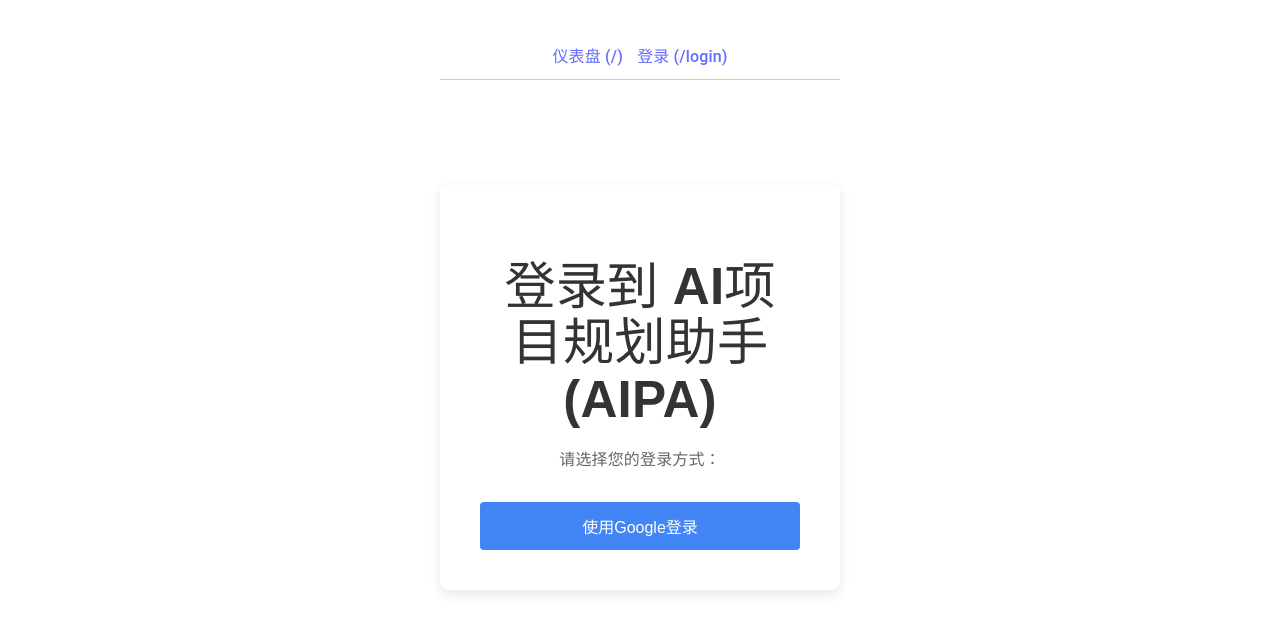
Repository: deloog/aipa
Page: /login
The author's editor kept a copy of each file at every save. The page is drawn from the files as they stood at one save, then again after the next save.
The browser window is 1280 px wide. The pictures show the whole page.
The project was rebuilt for these pictures with package versions that can differ from the ones it lists, and the page was loaded fresh each time. Also part of the build but not shown: vite.config.ts.

Above is the page before, as saved 2025-05-26 16:28:35.

### src/main.tsx
import React from 'react';
import ReactDOM from 'react-dom/client';
import App from './App.tsx';
import './index.css'; // Vite模板中可能有的全局CSS，可以保留

import { ThemeProvider, createTheme } from '@mui/material/styles'; // 1. 导入MUI主题相关组件
import CssBaseline from '@mui/material/CssBaseline'; // 2. 导入CssBaseline

// 3. 创建一个基础的MUI主题实例 (我们暂时使用默认主题)
// 未来您可以根据需要在这里深度定制主题 (颜色、字体、间距等)
const theme = createTheme({
  // 例如，您可以定义调色板:
  // palette: {
  //   primary: {
  //     main: '#1976d2', // 这是一个示例主色调
  //   },
  //   secondary: {
  //     main: '#dc004e', // 这是一个示例次要色调
  //   },
  // },
});

ReactDOM.createRoot(document.getElementById('root')!).render(
  <React.StrictMode>
    <ThemeProvider theme={theme}> {/* 4. 使用ThemeProvider包裹App组件，并传入主题 */}
      <CssBaseline /> {/* 5. 添加CssBaseline以应用基础样式重置和MUI默认背景等 */}
      <App />
    </ThemeProvider>
  </React.StrictMode>,
);

### src/App.tsx
import { BrowserRouter, Routes, Route, Link } from 'react-router-dom';
import './App.css'; // Vite模板中可能有的默认CSS，可以暂时保留或按需修改
import LoginPage from './pages/LoginPage';

// 1. 创建临时的占位符组件 (我们后续会用真实的页面组件替换它们)

function DashboardPagePlaceholder() {
  return (
    <div>
      <h1>AIPA 仪表盘 (占位符)</h1>
      <p>欢迎使用AI项目规划助手！</p>
      <p>登录成功后，用户将看到此页面或类似的管理界面。</p>
    </div>
  );
}

// 2. 修改App组件以包含路由配置
function App() {
  return (
    <BrowserRouter>
      <div>
        <nav style={{ marginBottom: '20px', borderBottom: '1px solid #ccc', paddingBottom: '10px' }}>
          <Link to="/" style={{ marginRight: '10px' }}>仪表盘 (/) </Link>
          <Link to="/login">登录 (/login)</Link>
        </nav>

        <Routes>
          {/* 2. 更新 login 路由的 element */}
          <Route path="/login" element={<LoginPage />} />
          <Route path="/" element={<DashboardPagePlaceholder />} />
        </Routes>
      </div>
    </BrowserRouter>
  );
}

export default App;

### src/pages/LoginPage.tsx
// src/pages/LoginPage.tsx
import React from 'react';
import './LoginPage.css'; // 我们将为此页面创建一个CSS文件

const LoginPage: React.FC = () => {
    const handleGoogleLogin = () => {
  // 1. 从环境变量中获取Google Client ID (由Vite提供给客户端代码)
  const googleClientId = import.meta.env.VITE_GOOGLE_CLIENT_ID;

  // 2. 定义我们后端处理Google回调的URI
  const redirectUri = 'http://localhost:3001/api/v1/auth/google/callback';

  // 3. Google OAuth 2.0 授权端点
  const oauth2Endpoint = 'https://accounts.google.com/o/oauth2/v2/auth';

  // 4. 定义URL参数
  const params = {
    client_id: googleClientId,
    redirect_uri: redirectUri,
    response_type: 'code',
    scope: 'openid email profile',
    access_type: 'offline',
    prompt: 'consent',
  };

  // 5. 将参数对象转换为URL查询字符串
  const queryString = new URLSearchParams(params).toString();

  // 6. 构造完整的授权URL (确保 oauth2Endpoint 和 queryString 在这里被正确使用)
  const googleAuthUrl = `${oauth2Endpoint}?${queryString}`;

  // 7. 执行重定向到Google的授权页面
  window.location.href = googleAuthUrl;
};
  return (
    <div className="login-page-container">
      <div className="login-form">
        <h1>登录到 AI项目规划助手 (AIPA)</h1>
        <p>请选择您的登录方式：</p>
        <button className="google-login-button" onClick={handleGoogleLogin}>
          {/* 您可以找一个Google的SVG图标放在这里 */}
          使用Google登录
        </button>
        {/* 未来可以在这里添加其他登录方式，例如：
        <button className="other-login-button">使用GitHub登录</button>
        */}
      </div>
    </div>
  );
};

export default LoginPage;

### src/pages/LoginPage.css
/* src/pages/LoginPage.css */
.login-page-container {
    display: flex;
    justify-content: center;
    align-items: center;
    min-height: 80vh; /* 使其至少占据大部分视口高度 */
    text-align: center;
    font-family: sans-serif;
  }

  .login-form {
    padding: 40px;
    border-radius: 8px;
    box-shadow: 0 4px 12px rgba(0, 0, 0, 0.1);
    background-color: #fff;
    width: 100%;
    max-width: 400px; /* 限制表单最大宽度 */
  }

  .login-form h1 {
    margin-bottom: 20px;
    color: #333;
  }

  .login-form p {
    margin-bottom: 30px;
    color: #666;
  }

  .google-login-button {
    background-color: #4285F4; /* Google Blue */
    color: white;
    border: none;
    padding: 12px 24px;
    font-size: 16px;
    border-radius: 4px;
    cursor: pointer;
    transition: background-color 0.3s ease;
    display: flex;
    align-items: center;
    justify-content: center;
    width: 100%; /* 使按钮占据表单宽度 */
    box-sizing: border-box;
  }

  .google-login-button:hover {
    background-color: #357ae8;
  }

  /* 如果您添加了Google图标，可能需要调整样式 */
  .google-login-button svg {
    margin-right: 8px;
  }

Loaded but not shown: index.html (common file); src/index.css (common file); src/App.css (common file)

After the next save:
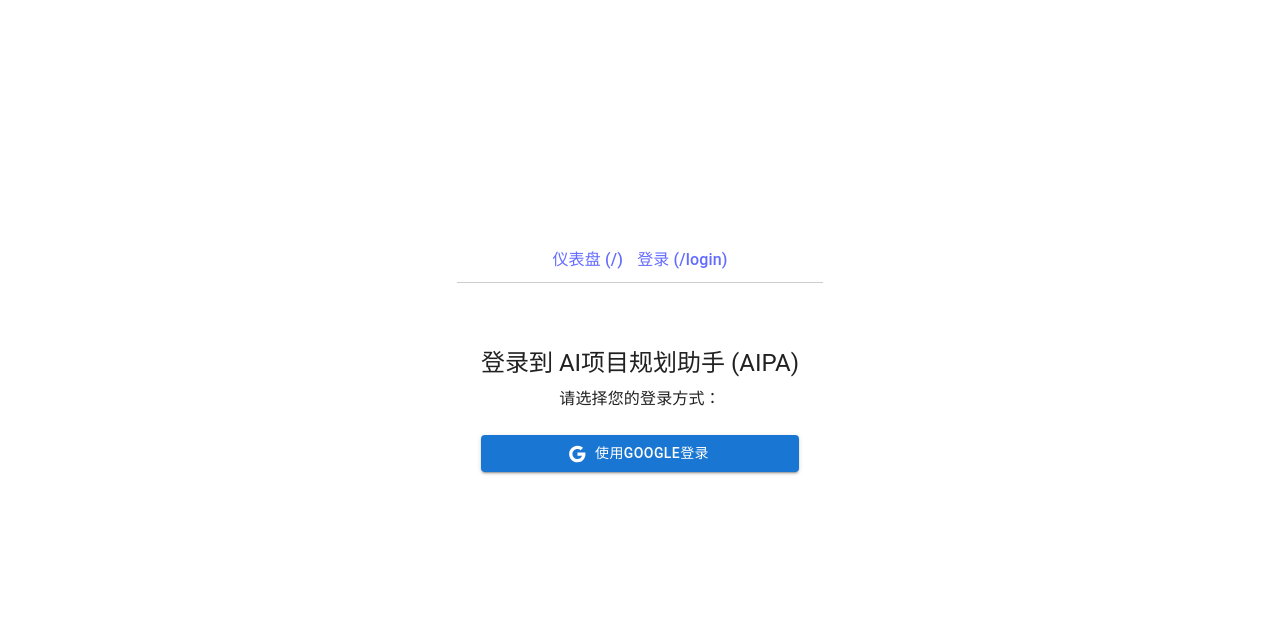
Saved 4 min 52 s later.
--- a/src/pages/LoginPage.tsx
+++ b/src/pages/LoginPage.tsx
@@ -1,51 +1,76 @@
-// src/pages/LoginPage.tsx
 import React from 'react';
-import './LoginPage.css'; // 我们将为此页面创建一个CSS文件
+import Container from '@mui/material/Container';
+import Box from '@mui/material/Box';
+import Typography from '@mui/material/Typography';
+import Button from '@mui/material/Button';
+import GoogleIcon from '@mui/icons-material/Google'; // 引入Google图标
+
+// import './LoginPage.css'; // 1. 我们不再需要自定义的CSS文件，可以注释或删除这行
 
 const LoginPage: React.FC = () => {
-    const handleGoogleLogin = () => {
-  // 1. 从环境变量中获取Google Client ID (由Vite提供给客户端代码)
-  const googleClientId = import.meta.env.VITE_GOOGLE_CLIENT_ID;
+  const handleGoogleLogin = () => {
+    // Google登录的逻辑保持不变
+    const googleClientId = import.meta.env.VITE_GOOGLE_CLIENT_ID;
+    const redirectUri = 'http://localhost:3001/api/v1/auth/google/callback';
+    const oauth2Endpoint = 'https://accounts.google.com/o/oauth2/v2/auth';
 
-  // 2. 定义我们后端处理Google回调的URI
-  const redirectUri = 'http://localhost:3001/api/v1/auth/google/callback';
+    const params = {
+      client_id: googleClientId,
+      redirect_uri: redirectUri,
+      response_type: 'code',
+      scope: 'openid email profile',
+      access_type: 'offline',
+      prompt: 'consent',
+    };
 
-  // 3. Google OAuth 2.0 授权端点
-  const oauth2Endpoint = 'https://accounts.google.com/o/oauth2/v2/auth';
+    const queryString = new URLSearchParams(params).toString();
+    const googleAuthUrl = `<span class="math-inline">\{oauth2Endpoint\}?</span>{queryString}`;
 
-  // 4. 定义URL参数
-  const params = {
-    client_id: googleClientId,
-    redirect_uri: redirectUri,
-    response_type: 'code',
-    scope: 'openid email profile',
-    access_type: 'offline',
-    prompt: 'consent',
+    console.log('将重定向到Google授权URL:', googleAuthUrl);
+    window.location.href = googleAuthUrl;
   };
 
-  // 5. 将参数对象转换为URL查询字符串
-  const queryString = new URLSearchParams(params).toString();
-
-  // 6. 构造完整的授权URL (确保 oauth2Endpoint 和 queryString 在这里被正确使用)
-  const googleAuthUrl = `${oauth2Endpoint}?${queryString}`;
-
-  // 7. 执行重定向到Google的授权页面
-  window.location.href = googleAuthUrl;
-};
   return (
-    <div className="login-page-container">
-      <div className="login-form">
-        <h1>登录到 AI项目规划助手 (AIPA)</h1>
-        <p>请选择您的登录方式：</p>
-        <button className="google-login-button" onClick={handleGoogleLogin}>
-          {/* 您可以找一个Google的SVG图标放在这里 */}
+    // 2. 使用MUI的Container组件来约束内容宽度并居中
+    <Container component="main" maxWidth="xs"> {/* "xs" 表示一个较小的容器宽度，适合登录表单 */}
+      {/* CssBaseline已经在main.tsx全局应用，这里通常不需要重复添加 */}
+      <Box
+        sx={{
+          marginTop: 8, // theme.spacing(8) 的简写，提供顶部边距
+          display: 'flex',
+          flexDirection: 'column', // 内部元素垂直排列
+          alignItems: 'center',    // 内部元素水平居中
+        }}
+      >
+        {/* 3. 使用MUI的Typography组件来显示文本，可以指定排版变体 */}
+        <Typography component="h1" variant="h5" gutterBottom>
+          登录到 AI项目规划助手 (AIPA)
+        </Typography>
+        <Typography component="p" variant="body1" sx={{ mb: 3 }}> {/* mb: 3 表示 margin-bottom: theme.spacing(3) */}
+          请选择您的登录方式：
+        </Typography>
+        {/* 4. 使用MUI的Button组件 */}
+        <Button
+          type="button" // 明确按钮类型
+          fullWidth     // 使按钮占据全部可用宽度
+          variant="contained" // "contained" 是一种常见的按钮样式 (带背景)
+          color="primary"   // 使用主题的主色调 (可以在theme中定义)
+          startIcon={<GoogleIcon />} // 在按钮文字前添加Google图标
+          onClick={handleGoogleLogin}
+          // sx 属性允许我们添加一些自定义的内联样式，如果需要的话
+          // 例如，如果您想使用Google的品牌红色：
+          // sx={{
+          //   backgroundColor: '#DB4437',
+          //   '&:hover': { // 鼠标悬停时的样式
+          //     backgroundColor: '#C33D2E',
+          //   },
+          // }}
+        >
           使用Google登录
-        </button>
-        {/* 未来可以在这里添加其他登录方式，例如：
-        <button className="other-login-button">使用GitHub登录</button>
-        */}
-      </div>
-    </div>
+        </Button>
+        {/* 未来可以在这里添加其他MUI按钮作为登录选项 */}
+      </Box>
+    </Container>
   );
 };
 
